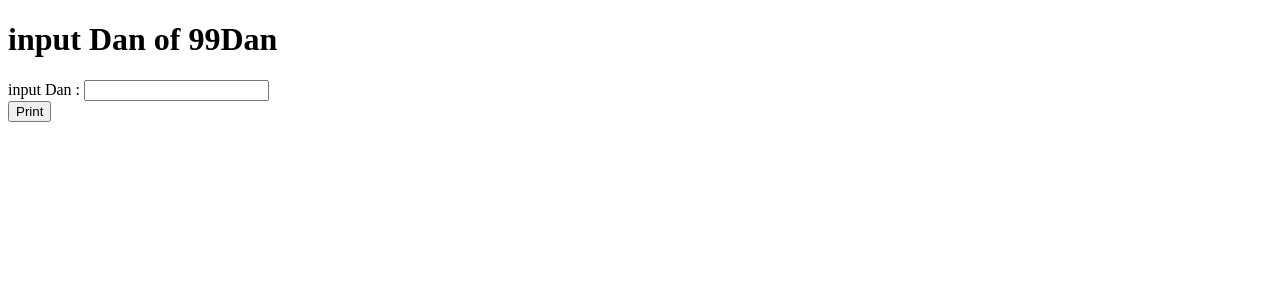
Repository: nguyentruong2303/projectJave
Page: webShop/WebContent/99Dan.html
An editor plug-in stored every save of this project. The page is shown before and after the next save, followed by the edit.
The browser window is 1280 px wide. The pictures show the whole page.

Above is the page before, as saved 2020-08-11 02:55:57.

After the next save:
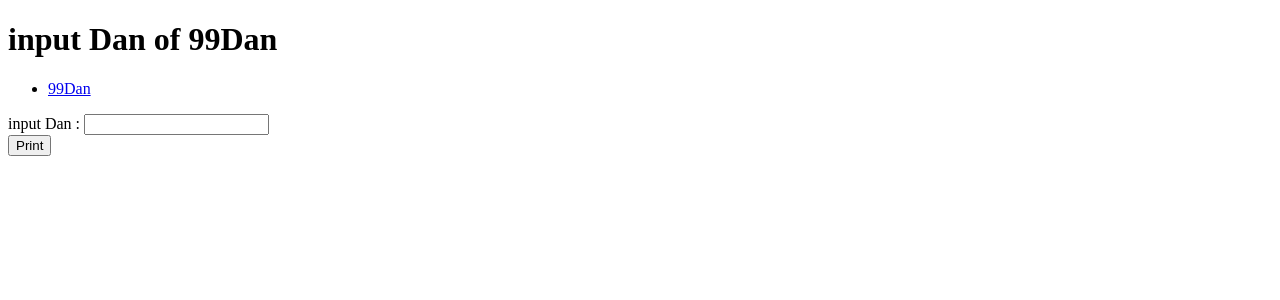
Saved 58 s later.
--- a/webShop/WebContent/99Dan.html
+++ b/webShop/WebContent/99Dan.html
@@ -6,6 +6,9 @@
 </head>
 <body>
 	<h1>input Dan of  99Dan</h1>
+	<ul>
+		<li><a href="99Dan.html">99Dan</a>
+	</ul>
 	<form action="gugudan"method="get">
 		input Dan : <input type="text" name="dan"> <br/>
 		<input type="submit" value="Print">
